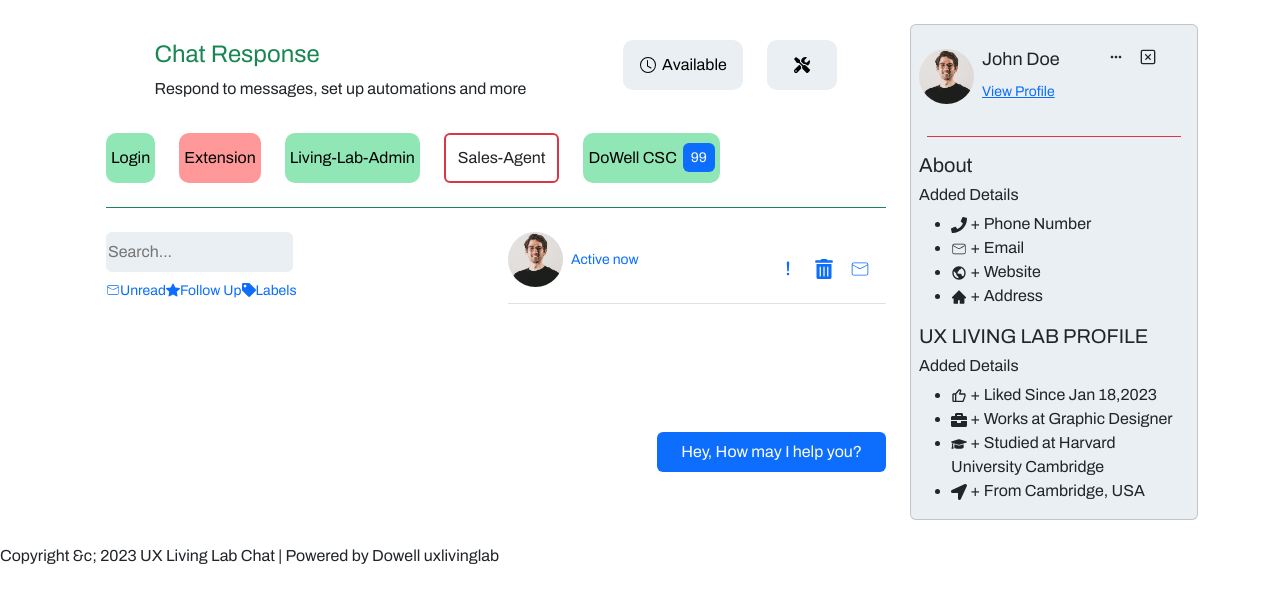
Repository: uh-sman/UX-Living-Lab-Chat
Page: /
The author's editor kept a copy of each file at every save. The page is drawn from the files as they stood at one save, then again after the next save.
The browser window is 1280 px wide. The pictures show the whole page.
The project was rebuilt for these pictures with package versions that can differ from the ones it lists, and the page was loaded fresh each time.

Above is the page before, as saved 2023-05-10 18:14:57.

After the next save:
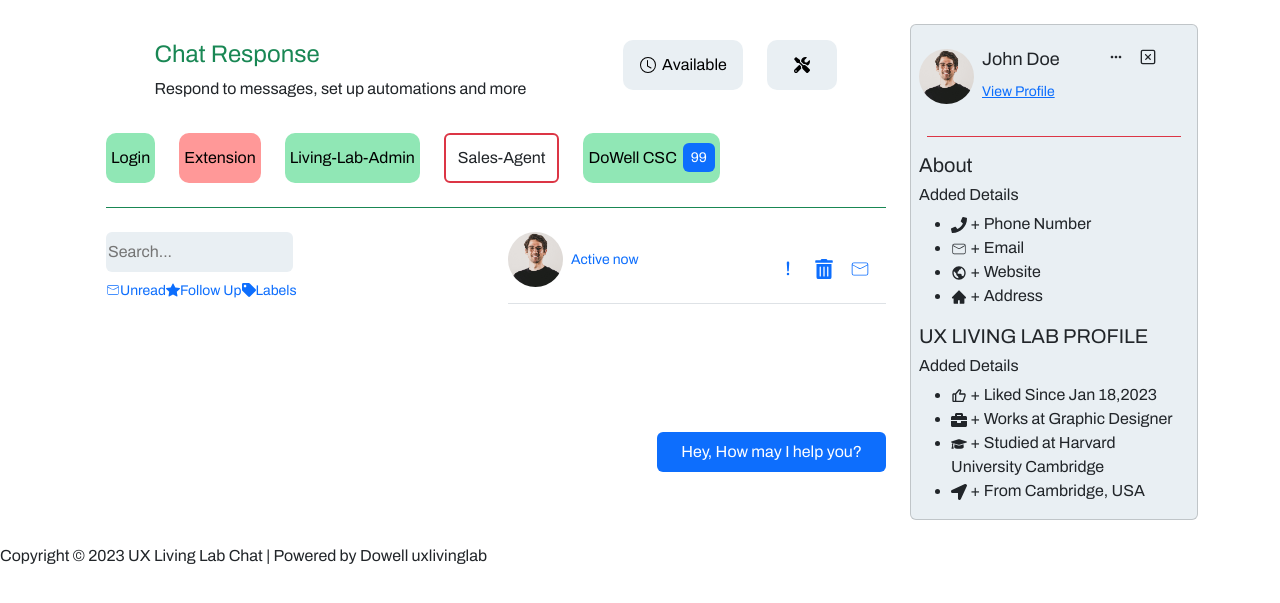
Saved 37 s later.
--- a/src/container/Footer.jsx
+++ b/src/container/Footer.jsx
@@ -5,7 +5,8 @@ const Footer = () => {
     <div>
       <div class="footer">
         <p>
-          Copyright &c; 2023 UX Living Lab Chat | Powered by Dowell uxlivinglab
+          Copyright &copy; 2023 UX Living Lab Chat | Powered by Dowell
+          uxlivinglab
         </p>
       </div>
     </div>
